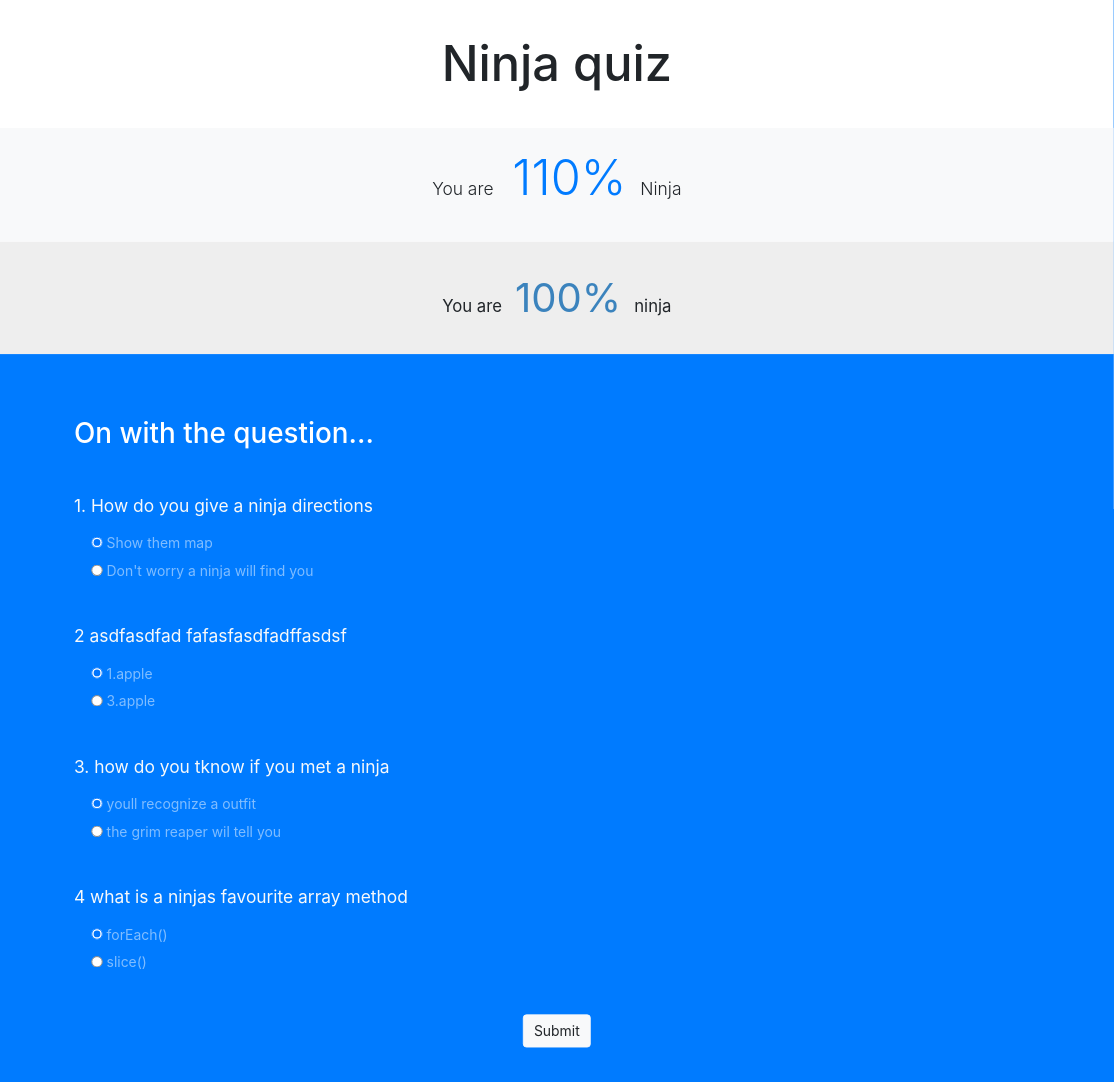
Repository: ajgors/config
Page: Nauka Js/Projekty/Quiz/index.html
The author's editor kept a copy of each file at every save. The page is drawn from the files as they stood at one save, then again after the next save.
The browser window is 1280 px wide. The pictures show the whole page, at 87% of full size.

Above is the page before, as saved 2019-08-11 18:24:54.

### Nauka Js/Projekty/Quiz/index.html
<!DOCTYPE html>
<html lang="en">

<head>
    <meta charset="UTF-8">
    <meta name="viewport" content="width=device-width, initial-scale=1.0">
    <meta http-equiv="X-UA-Compatible" content="ie=edge">
    <title>Document</title>
    <link rel="stylesheet" href="https://stackpath.bootstrapcdn.com/bootstrap/4.3.1/css/bootstrap.min.css"
        integrity="sha384-ggOyR0iXCbMQv3Xipma34MD+dH/1fQ784/j6cY/iJTQUOhcWr7x9JvoRxT2MZw1T" crossorigin="anonymous">
        <link rel="stylesheet" href="css.css">
</head>

<body>
    <!-- Header -->
    <!-- <div class="intro py-3 bg-white text-center">
        <div class="container">
            <h2 class="text-primary display-3 my-4">Ninja Quiz</h2>
        </div>
    </div> -->

    <header class="header">
        <h1 class="header__title">Ninja quiz</h1>
    </header>

    <!-- Result -->
    <div class="result py-4  bg-light text-center">
        <div class="container lead">
            <p>You are <span class="text-primary display-4 p-3">110%</span>Ninja</p>
        </div>
    </div>

    <div class="result">
        <p class="result__paragraph">You are<span class="result__span">100%</span>ninja</p>
    </div>

    <!-- Form -->
    <div class="quiz py-4 bg-primary">
        <div class="container">
            <h2 class="my-5 text-white">On with the question...</h2>
            <form action="" class="quiz-form text-light">
                <div class="my-5">
                    <p class="lead font-weight-normal">1. How do you give a ninja directions</p>
                    <div class="form-check my-2 text-white-50">
                        <input type="radio" name='q1' value='A' checked>
                        <label for="" class="form-check-label">Show them map</label>
                    </div>
                    <div class="form-check my-2 text-white-50">
                        <input type="radio" name='q1' value='B'>
                        <label for="" class="form-check-label">Don't worry a ninja will find you</label>
                    </div>
                </div>
                <div class="my-5">
                    <p class="lead font-weight-normal">2 asdfasdfad fafasfasdfadffasdsf</p>
                    <div class="form-check my-2 text-white-50">
                        <input type="radio" name='q2' value='A' checked>
                        <label for="" class="form-check-label">1.apple</label>
                    </div>
                    <div class="form-check my-2 text-white-50">
                        <input type="radio" name='q2' value='B'>
                        <label for="" class="form-check-label">3.apple</label>
                    </div>
                </div>
                <div class="my-5">
                    <p class="lead font-weight-normal">3. how do you tknow if you met a ninja</p>
                    <div class="form-check my-2 text-white-50">
                        <input type="radio" name='q3' value='A' checked>
                        <label for="" class="form-check-label">youll recognize a outfit</label>
                    </div>
                    <div class="form-check my-2 text-white-50">
                        <input type="radio" name='q3' value='B'>
                        <label for="" class="form-check-label">the grim reaper wil tell you</label>
                    </div>
                </div>
                <div class="my-5">
                    <p class="lead font-weight-normal">4 what is a ninjas favourite array method</p>
                    <div class="form-check my-2 text-white-50">
                        <input type="radio" name='q4' value='A' checked>
                        <label for="" class="form-check-label">forEach()</label>
                    </div>
                    <div class="form-check my-2 text-white-50">
                        <input type="radio" name='q4' value='B'>
                        <label for="" class="form-check-label">slice()</label>
                    </div>
                </div>
                <div class="text-center">
                    <input type="submit" class='btn btn-light'>
                </div>
            </form>
        </div>


        <div class="xd">
            <p class="xd"></p>
        </div>
    </div>

    <script src="js.js"></script>
</body>

</html>

### Nauka Js/Projekty/Quiz/css.css
*{
    margin: 0;
    padding: 0;
}

.header__title{
    text-align: center;
    margin:  40px auto;
    font-size: 3.5em;
}

.result{
    background-color: #eee;
}
.result__paragraph{
    text-align: center;
    padding: 30px;
    margin: 0;
    font-size: 1.2em
}
.result__span{
    font-size: 2.4em;
    padding: 15px;
    color:#3b83bd;
}

### Nauka Js/Projekty/Quiz/js.js




const form = document.querySelector('.quiz-form');
const result = document.querySelector('.result');
const correctAnswers = ['B','B','B','B'];
const spanResult = document.querySelector('span');

form.addEventListener('submit', e=>{
    e.preventDefault();

    //check answer
    let score = 0;
    const userAnswers = [form.q1.value, form.q2.value, form.q3.value, form.q4.value];

    userAnswers.forEach((answer, index) =>{
        if(answer === correctAnswers[index]){
            score += 25;
        }
    });

    scrollTo(0,0)
    result.classList.remove('d-none');
    // spanResult.textContent = `${score}%`

    let output = 0;
    const timer = setInterval(()=>{
        spanResult.textContent = `${output}%`
        if(output === score){
            clearInterval(timer);
        } else {
            output++;
        }
    })


})

After the next save:
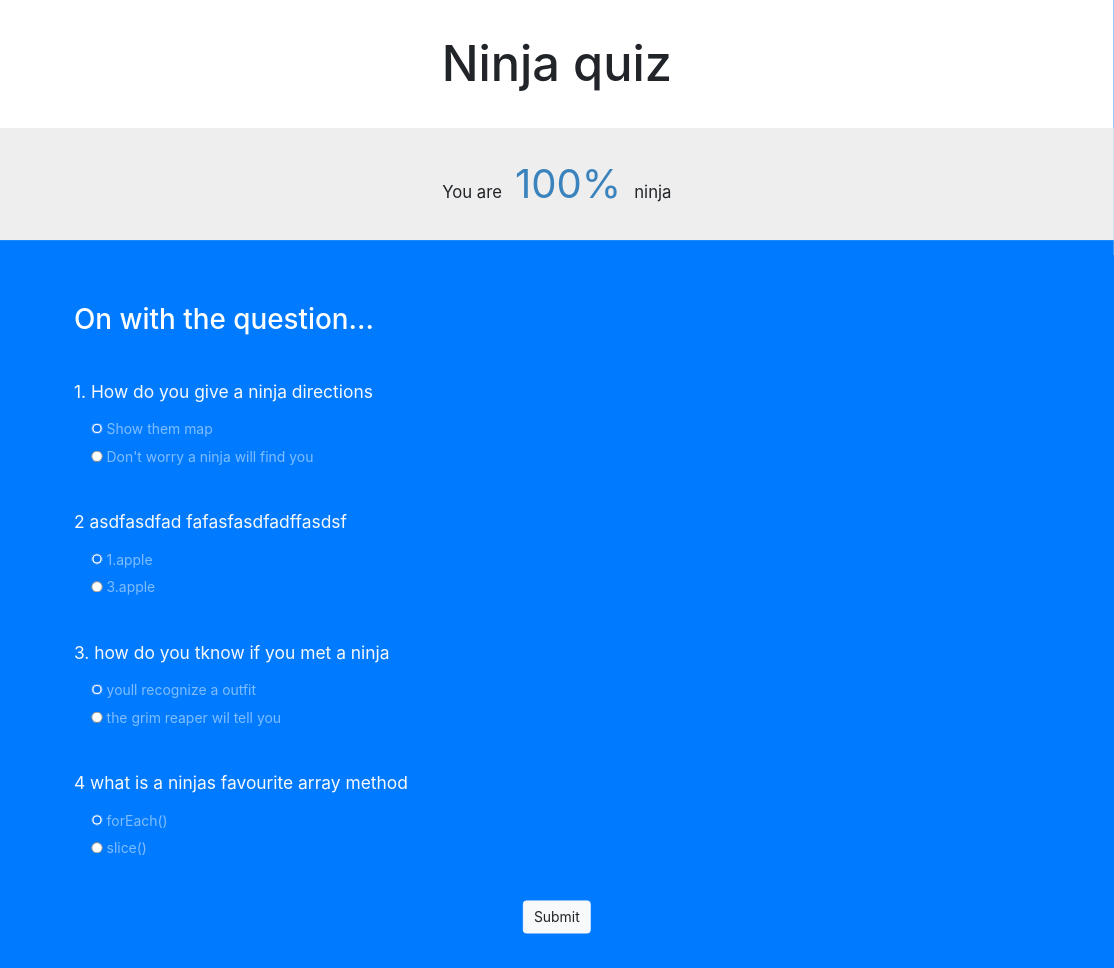
Saved 15 s later.
--- a/Nauka Js/Projekty/Quiz/index.html
+++ b/Nauka Js/Projekty/Quiz/index.html
@@ -24,11 +24,11 @@
     </header>
 
     <!-- Result -->
-    <div class="result py-4  bg-light text-center">
+    <!-- <div class="result py-4  bg-light text-center">
         <div class="container lead">
             <p>You are <span class="text-primary display-4 p-3">110%</span>Ninja</p>
         </div>
-    </div>
+    </div> -->
 
     <div class="result">
         <p class="result__paragraph">You are<span class="result__span">100%</span>ninja</p>
